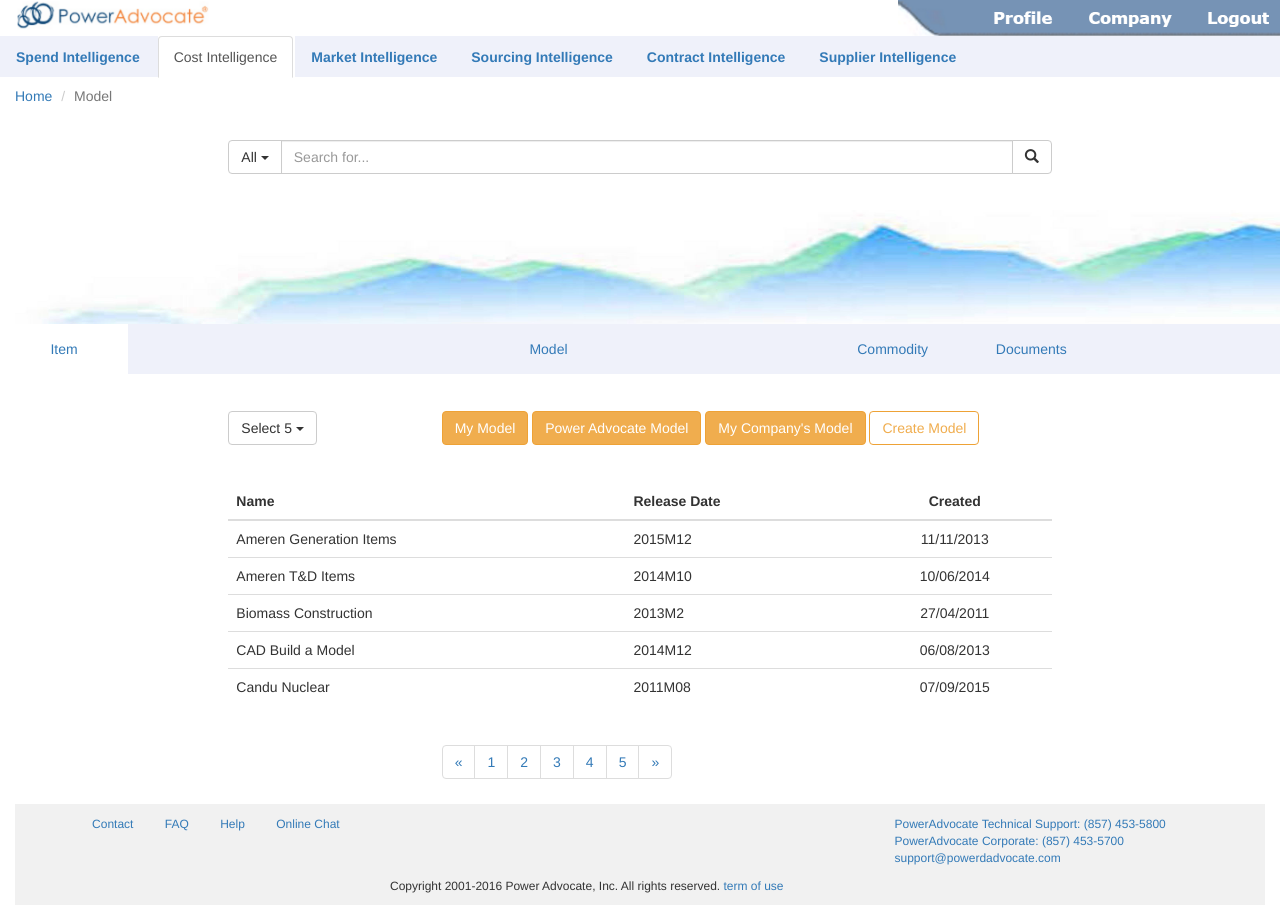
Repository: SamiraMansouri/PowerAdvocate-CostIntelligence-Application-new-Design-using-UserExperience-Method-
Page: http://localhost/PowerAdvocate/WEB-INF/views/Item.jsp
The author's editor kept a copy of each file at every save. The page is drawn from the files as they stood at one save, then again after the next save.
The browser window is 1280 px wide. The pictures show the whole page.
The page is served by Tomcat 9. Nobody is signed in. Other server files are loaded and not shown. The template is opened directly, without the code that normally fills it, so the values that code supplies are empty.

Above is the page before, as saved 2016-04-25 01:50:34.

### PowerAdvocate-Prototype/PowerAdvocate/src/main/webapp/WEB-INF/views/Item.jsp
<!DOCTYPE html>
<html lang="en">
<head>
<title>Model</title>
<meta charset="utf-8">
<meta name="viewport" content="width=device-width, initial-scale=1">
<link rel="stylesheet"
	href="http://maxcdn.bootstrapcdn.com/bootstrap/3.3.6/css/bootstrap.min.css">
<script
	src="https://ajax.googleapis.com/ajax/libs/jquery/1.12.0/jquery.min.js"></script>
<script
	src="http://maxcdn.bootstrapcdn.com/bootstrap/3.3.6/js/bootstrap.min.js"></script>
</head>
<style>
.nav .navbar-nav>li>a:hover, .navbar-default .navbar-nav>li>a:focus {
	color: #ffff; /*Sets the text hover color on navbar*/
}

.nav .nav-tabs>.active>a, .nav .nav-tabs>.active>a:hover, .nav .nav-tabs>.active>a:focus
	{
	color: black; /*BACKGROUND color for active*/
	background-color: red;
}

.nav {
	background-color: #eff1fa;
	border-color: white;
}

.nav>li>a:hover, .nav>li>a:focus {
	text-decoration: none;
	background-color: silver; /*Change rollover cell color here*/
}

.navbar-default .navbar-nav>li>a {
	color: white; /*Change active text color here*/
}

.top-buffer {
	margin-top: 3%;
}

.nav .nav-tabs {
	display: inline-block;
	float: none;
	vertical-align: top;
}

.nav .navbar-collapse {
	text-align: center;
}

#bs-example-navbar-collapse-1 {
	padding: 0;
}

lineblue {
	border-bottom: 5pt solid black;
}

.navbar-nav {
	width: 100%;
	text-align: center; > li { float : none;
	display: inline-block;
}

}
.active {
	background-color: #fff;
}

.btn-warning.btn-outline {
	color: #f0ad4e;
}

.btn-warning.btn-outline:hover {
	color: #fff;
}

.btn-outline {
	background-color: transparent;
	color: inherit;
	transition: all .5s;
}

.footer {
	background-color: #F1F1F1;
	padding-top: 1%;
	font-size: 12px;
}

#col1 li {
	display: inline;
	text-decoration: none;
	padding-left: 5%;
}

#col1 ul {
	padding-left: 0;
}

#col2 li {
	text-decoration: none;
	padding-left: 35%;
	list-style-type: none;
}
.image
{
padding-right:0;

}
</style>
<body>

	<div class="container-fluid">
		<div class="row">
			<div class="col-md-4 ">
				<img src="resources/img/pa.png" alt="logo"
					style="width: 50%; height: 30%;">
			</div>
			<div class="col-md-8 image">
				<span class="pull-right "> <img src="resources/img/menu.png"
					class="pull-right " alt="logo" style="width: 60%; height: 30%;">
				</span>
			</div>
		</div>

		<!--end of row-->
		<div class="row">
			<ul class="nav nav-tabs">
				<li role="presentation"><a href="#"><b>Spend
							Intelligence</b></a></li>
				<li role="presentation" class="active"><a href="#">Cost
						Intelligence</a></li>
				<li role="presentation"><a href="#"><b>Market
							Intelligence</b></a></li>
				<li role="presentation"><a href="#"><b>Sourcing
							Intelligence</b></a></li>
				<li role="presentation"><a href="#"><b>Contract
							Intelligence</b></a></li>
				<li role="presentation"><a href="#"><b>Supplier
							Intelligence</b></a></li>
			</ul>
		</div>
		<!--end of row-->

		<div class="row">
			<ol class="breadcrumb"
				style="margin-bottom: 2%; background-color: #fff;">
				<li><a href="#">Home</a></li>
				<li class="active">Model</li>
			</ol>
		</div>
		<!-- bread crumb -->

		<div class="row">
			<div class="col-lg-2"></div>
			<div class="col-lg-8">
				<div class="input-group">
					<div class="input-group-btn">
						<button type="button" class="btn btn-default dropdown-toggle"
							data-toggle="dropdown" aria-haspopup="true" aria-expanded="false">
							All <span class="caret"></span>
						</button>
						<ul class="dropdown-menu">
							<li><a href="#">All</a></li>
							<li role="separator" class="divider"></li>
							<li><a href="#">Model</a></li>
							<li><a href="#">Item</a></li>
							<li><a href="#">Commodity</a></li>
						</ul>
					</div>
					<!-- btn-group -->

					<input type="text" class="form-control" placeholder="Search for..." />
					<span class="input-group-btn">
						<button class="btn btn-default" type="button">
							<span class="glyphicon glyphicon-search" aria-hidden="true"></span>
						</button>
					</span>
				</div>
				<!-- /input-group -->
			</div>
			<!-- lg-8 -->
			<div class="col-lg-2"></div>
		</div>
		<!-- /row -->

		<div class="row">
			<div class="col-md-12 image">
				<img  src="resources/img/a.jpeg" alt="logo"
					style="width: 100%; height: 150px;">
			</div>
		</div>
		<!-- row -->

		<div class="row">
			<div class=" collapse navbar-collapse "
				id="bs-example-navbar-collapse-1">
				<ul class="nav navbar-nav">
					<li style="width:40%"><a href="#">Model</a></li>
					<li class="pull-left active" style="width:10%"><a href="/prototype/Item">Item</a></li>
					<li><a href="#"></a></li>
					<li><a href="/prototype/Commodity">Commodity</a></li>
									<li><a href="#"></a></li>
					<li><a href="/prototype/Documents">Documents</a></li>
									<li><a href="#"></a></li>
				</ul>
			</div>
			<!-- /.navbar-collapse -->
		</div>

		<div class="row top-buffer ">
			<div class="col-md-2"></div>
			<div class="col-md-2">

				<div class="dropdown pull-left ">
					<button class="btn btn-default dropdown-toggle" type="button"
						id="dropdownMenu2" data-toggle="dropdown" aria-haspopup="true"
						aria-expanded="false">
						Select 5 <span class="caret"></span>
					</button>
					<ul class="dropdown-menu" aria-labelledby="dropdownMenu2">
						<li><a href="#">Select 5</a></li>
						<li><a href="#">Select 10</a></li>
						<li><a href="#">Select 50</a></li>
						<li><a href="#">Select 100</a></li>
					</ul>
				</div>
			</div>
			<div class="col-md-6 ">
				<button type="Button" class="btn btn-warning">My Model</button>
				<button type="Button" class="btn btn-warning">Power
					Advocate Model</button>
				<button type="Button" class="btn btn-warning">My Company's
					Model</button>
				<a class="btn btn-warning btn-outline ">Create Model</a>
			</div>
<div class="col-md-2"></div>
		</div>



	<div class="row top-buffer x">
		<div class="col-sm-2"></div>
		<div class="col-sm-8">
			<table class="table table-hover">
				<thead>
					<tr>
						<th>Name</th>
						<th >Release Date</th>
						<th style="text-align:center;">Created</th>
					</tr>
				</thead>
				<tbody>
					<tr>
						<td>Ameren Generation Items</td>
						<td>2015M12</td>
						<td style="text-align:center;">11/11/2013</td>
					</tr>
					<tr>
						<td>Ameren T&D Items</td>
						<td>2014M10</td>
						<td style="text-align:center;">10/06/2014</td>
					</tr>
					<tr>
						<td>Biomass Construction</td>
						<td>2013M2</td>
						<td style="text-align:center;">27/04/2011</td>
					</tr>
					<tr>
						<td>CAD Build a Model</td>
						<td>2014M12</td>
						<td style="text-align:center;">06/08/2013</td>
					</tr>
					<tr>
						<td>Candu Nuclear</td>
						<td>2011M08</td>
						<td style="text-align:center;">07/09/2015</td>
					</tr>
				</tbody>
			</table>
		</div>
		<div class="col-md-2"></div>
	</div>

	<!--  -->
	<div class="row">
		<div class="col-md-2"></div>
		<div class="col-md-2"></div>
		<div class="col-md-8 ">
			<nav>
				<ul class="pagination">
					<li><a href="#" aria-label="Previous"> <span
							aria-hidden="true">&laquo;</span>
					</a></li>
					<li><a href="#">1</a></li>
					<li><a href="#">2</a></li>
					<li><a href="#">3</a></li>
					<li><a href="#">4</a></li>
					<li><a href="#">5</a></li>
					<li><a href="#" aria-label="Next"> <span
							aria-hidden="true">&raquo;</span>
					</a></li>
				</ul>
			</nav>
		</div>
	</div>
	<!--pagination-->
	<!--footer-->
	<div class="footer">
		<div class="row ">
			<div class="col-md-6" id="col1" style="padding-left: 5%;">
				<ul>
					<li><a src="#"> Contact</a></li>
					<li><a src="#"> FAQ </a></li>
					<li><a src="#"> Help</a></li>
					<li><a src="#"> Online Chat</a></li>
				</ul>
			</div>

			<div class="col-md-6" id="col2">
				<ul>
					<li><a src="#"> PowerAdvocate Technical Support: (857)
							453-5800</a></li>
					<li><a src="#"> PowerAdvocate Corporate: (857) 453-5700 </a></li>
					<li><a src="#"> support@powerdadvocate.com</a></li>
				</ul>
			</div>
		</div>
		<div class="row">
			<div class="col-md-12">
				<p style="padding-left: 30%;">
					Copyright 2001-2016 Power Advocate, Inc. All rights reserved.<a
						src="#"> term of use </a>
				</p>
			</div>
		</div>
	</div>
	<!-- end of footer-->


	</div>
</body>
</html>

After the next save:
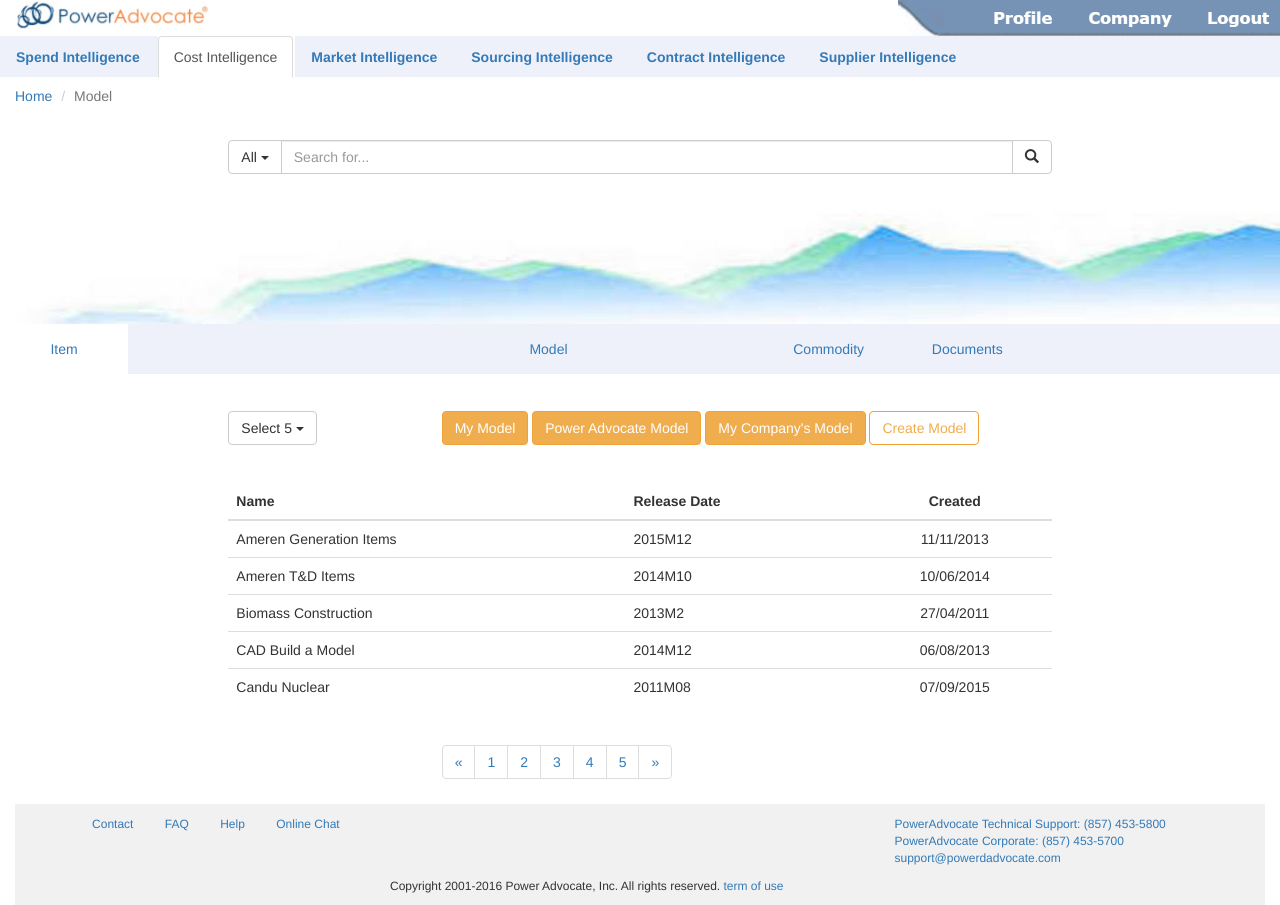
Saved 8 s later.
--- a/PowerAdvocate-Prototype/PowerAdvocate/src/main/webapp/WEB-INF/views/Item.jsp
+++ b/PowerAdvocate-Prototype/PowerAdvocate/src/main/webapp/WEB-INF/views/Item.jsp
@@ -198,7 +198,7 @@
 			<div class=" collapse navbar-collapse "
 				id="bs-example-navbar-collapse-1">
 				<ul class="nav navbar-nav">
-					<li style="width:40%"><a href="#">Model</a></li>
+					<li style="width:30%"><a href="#">Model</a></li>
 					<li class="pull-left active" style="width:10%"><a href="/prototype/Item">Item</a></li>
 					<li><a href="#"></a></li>
 					<li><a href="/prototype/Commodity">Commodity</a></li>
